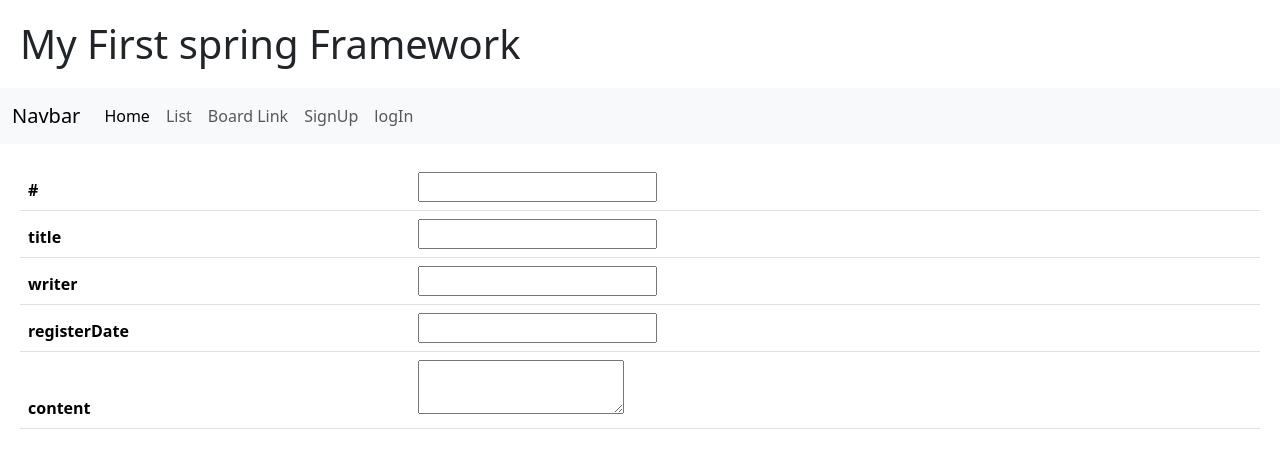
Repository: fbsrb458/link
Page: http://localhost/springProject/WEB-INF/views/member/modify.jsp
The author's editor kept a copy of each file at every save. The page is drawn from the files as they stood at one save, then again after the next save.
The browser window is 1280 px wide. The pictures show the whole page.
The page is served by Tomcat 9. Nobody is signed in. The template is opened directly, without the code that normally fills it, so the values that code supplies are empty.

Above is the page before, as saved 2023-10-31 08:32:54.
Console error: TypeError: Cannot read properties of null (reading 'addEventListener')

After the next save:
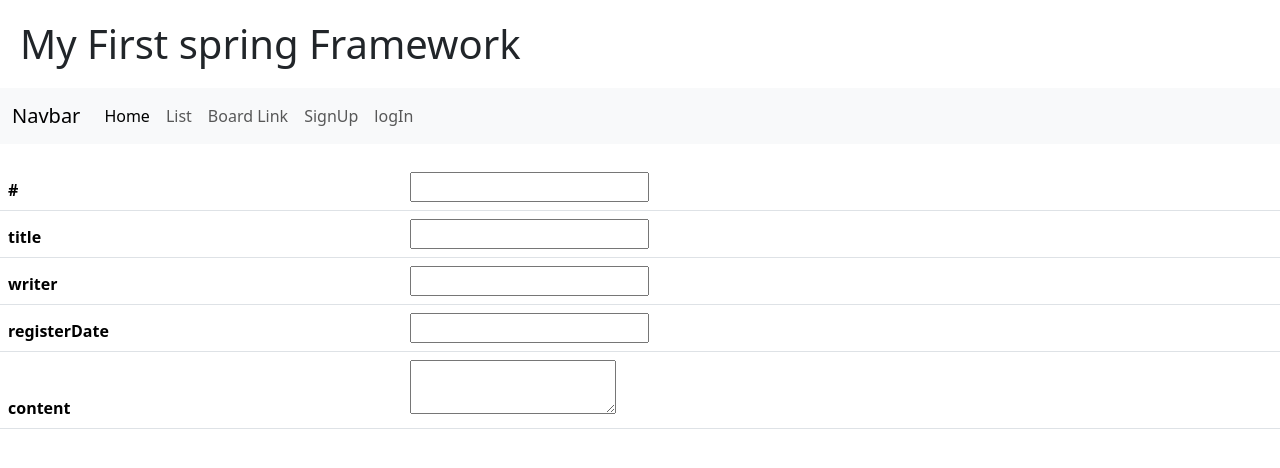
Saved 37 s later.
--- a/springProject/src/main/webapp/WEB-INF/views/member/modify.jsp
+++ b/springProject/src/main/webapp/WEB-INF/views/member/modify.jsp
@@ -11,7 +11,7 @@
 <jsp:include page="../common/header.jsp"></jsp:include>
 <jsp:include page="../common/nav.jsp"></jsp:include>
 <c:set value="${bvoDTO.bvo }" var="bvo"></c:set>
-<form action="/board/modify" method="post" enctype="multipart/form-data">
+<form action="/board/modify" method="post" enctype="multipart/form-data"></form>
 <table class="table table-hover">
 	<thead>
 		<tr>
@@ -36,6 +36,10 @@
 		</tr>
 
 	</thead>
+</table>
+
 
 </body>
+
+
 </html>

After the save that followed:
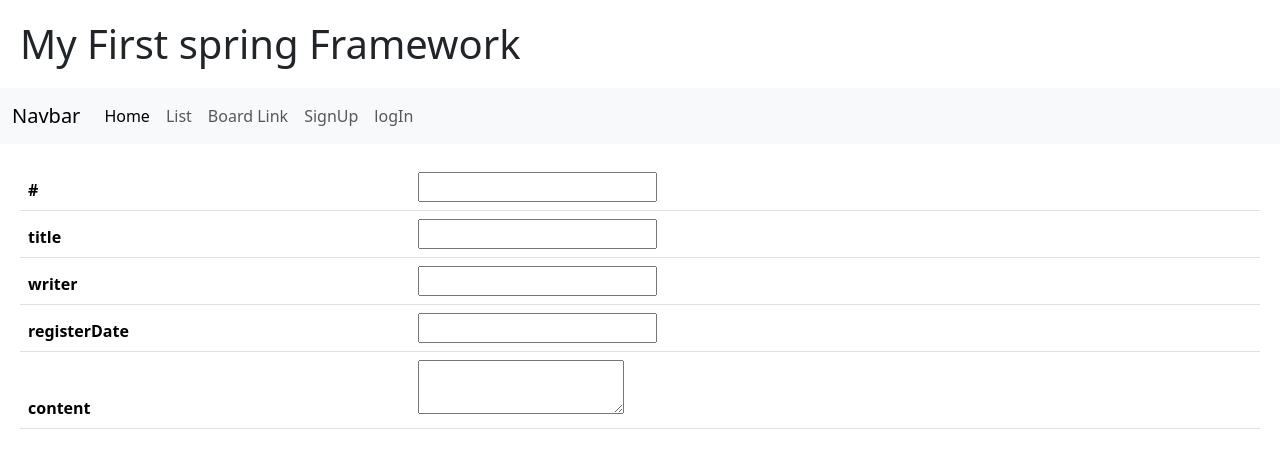
Saved 5 s later.
--- a/springProject/src/main/webapp/WEB-INF/views/member/modify.jsp
+++ b/springProject/src/main/webapp/WEB-INF/views/member/modify.jsp
@@ -11,7 +11,7 @@
 <jsp:include page="../common/header.jsp"></jsp:include>
 <jsp:include page="../common/nav.jsp"></jsp:include>
 <c:set value="${bvoDTO.bvo }" var="bvo"></c:set>
-<form action="/board/modify" method="post" enctype="multipart/form-data"></form>
+<form action="/board/modify" method="post" enctype="multipart/form-data">
 <table class="table table-hover">
 	<thead>
 		<tr>
@@ -37,7 +37,7 @@
 
 	</thead>
 </table>
-
+</form>
 
 </body>
 
